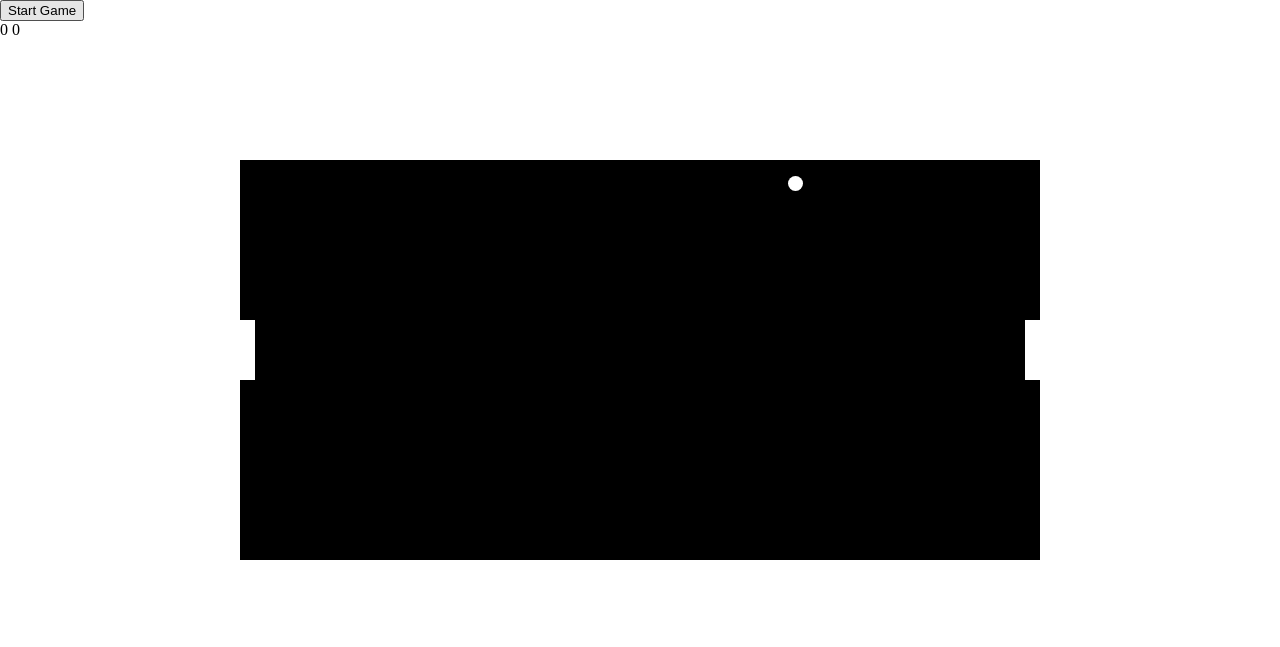
Repository: SiPilip/PingPong-basicJS
Page: index.html
These files come from the project's save history. The page is drawn as it stood at one moment and after the next save; the edit follows.
The browser window is 1280 px wide. The pictures show the whole page.

Above is the page before, as saved 2023-05-30 10:49:55.

### index.html
<!DOCTYPE html>
<html>

<head>
    <title>Ping Pong Game</title>
    <link rel="stylesheet" href="style.css">
</head>

<body>
    <div class="game-container">
        <div id="pong">
            <div id="paddleA"></div>
            <div id="paddleB"></div>
            <div id="ball"></div>
        </div>
        <button id="start-button">Start Game</button>
        <div id="scoreboard">
            <span id="playerA-score">0</span>
            <span id="playerB-score">0</span>
        </div>
    </div>
    <script src="script.js"></script>
</body>

</html>

### style.css
body {
  margin: 0;
  padding: 0;
}

#pong {
  position: absolute;
  top: 50%;
  left: 50%;
  transform: translate(-50%, -50%);
  background-color: #000;
  width: 800px;
  height: 400px;
  border: 2px solid #fff;
}

#paddleA,
#paddleB {
  position: absolute;
  width: 15px;
  height: 60px;
  background-color: #fff;
}

#paddleA {
  left: 0;
}

#paddleB {
  right: 0;
}

#ball {
  position: absolute;
  background-color: #fff;
  width: 15px;
  height: 15px;
  border-radius: 50%;
}

### script.js
document.addEventListener("DOMContentLoaded", () => {
  const pong = document.getElementById("pong");
  const paddleA = document.getElementById("paddleA");
  const paddleB = document.getElementById("paddleB");
  const ball = document.getElementById("ball");

  let paddleA_Y = 160; // Posisi awal paddle A
  let paddleB_Y = 160; // Posisi awal paddle B
  let ball_X = 390; // Posisi awal bola X
  let ball_Y = 190; // Posisi awal bola Y
  let speed_X = 2; // Kecepatan horizontal bola
  let speed_Y = 2; // Kecepatan vertikal bola

  function update() {
    // Menggerakkan paddle A dan B
    paddleA.style.top = paddleA_Y + "px";
    paddleB.style.top = paddleB_Y + "px";

    // Menggerakkan bola
    ball_X += speed_X;
    ball_Y += speed_Y;
    ball.style.left = ball_X + "px";
    ball.style.top = ball_Y + "px";

    // Mengecek tumbukan bola dengan dinding atas/bawah
    if (ball_Y > 385 || ball_Y < 0) {
      speed_Y *= -1;
    }

    // Mengecek tumbukan bola dengan paddle A
    if (
      ball_X <= 15 && // Bola berada di sebelah kiri paddle A
      ball_Y + 15 >= paddleA_Y && // Bola berada di bawah paddle A
      ball_Y <= paddleA_Y + 60 // Bola berada di atas paddle A
    ) {
      speed_X *= -1;
    }

    // Mengecek tumbukan bola dengan paddle B
    if (
      ball_X >= 770 && // Bola berada di sebelah kanan paddle B
      ball_Y + 15 >= paddleB_Y && // Bola berada di bawah paddle B
      ball_Y <= paddleB_Y + 60 // Bola berada di atas paddle B
    ) {
      speed_X *= -1;
    }

    requestAnimationFrame(update);
  }

  // Menggerakkan paddle A sesuai dengan posisi mouse
  pong.addEventListener("mousemove", (e) => {
    paddleA_Y = e.clientY - pong.offsetTop - 30;
  });

  // Memulai permainan
  update();
});

After the next save:
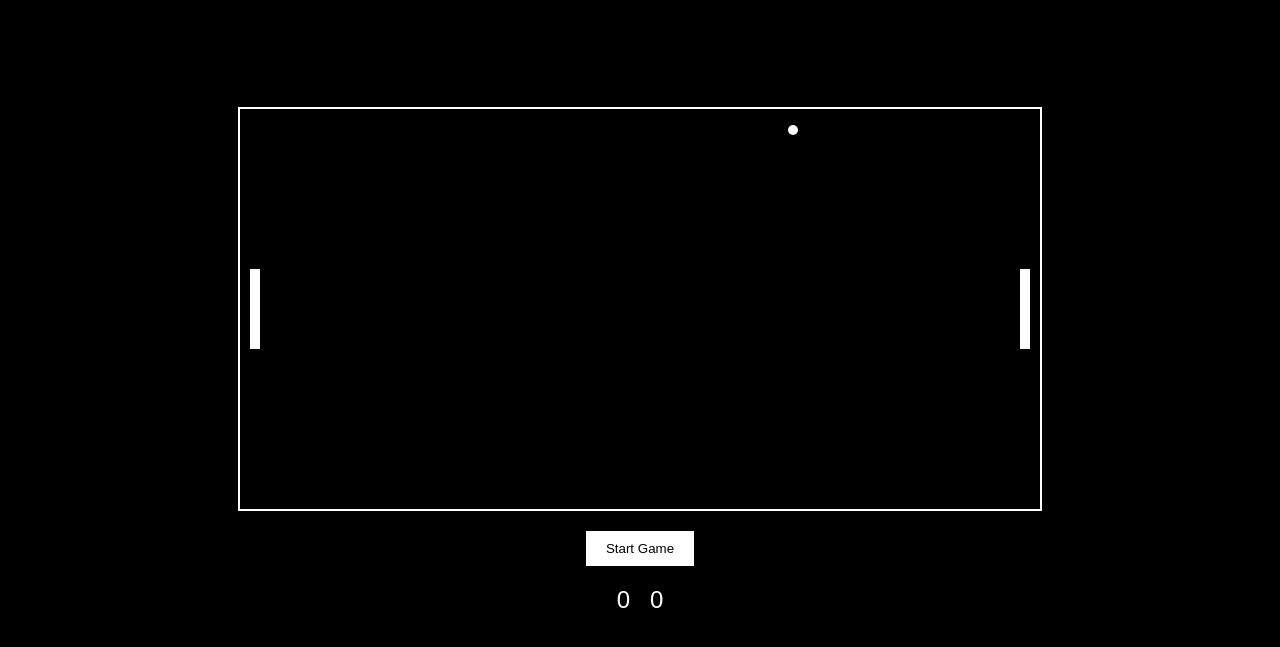
Saved 9 s later.
--- a/style.css
+++ b/style.css
@@ -1,39 +1,72 @@
 body {
+  background-color: #000;
+  color: #fff;
+  font-family: Arial, sans-serif;
   margin: 0;
   padding: 0;
+  display: flex;
+  justify-content: center;
+  align-items: center;
+  height: 100vh;
+}
+
+.game-container {
+  display: flex;
+  flex-direction: column;
+  align-items: center;
 }
 
 #pong {
-  position: absolute;
-  top: 50%;
-  left: 50%;
-  transform: translate(-50%, -50%);
+  position: relative;
   background-color: #000;
   width: 800px;
   height: 400px;
   border: 2px solid #fff;
+  display: flex;
+  justify-content: center;
+  align-items: center;
 }
 
 #paddleA,
 #paddleB {
   position: absolute;
-  width: 15px;
-  height: 60px;
+  width: 10px;
+  height: 80px;
   background-color: #fff;
 }
 
 #paddleA {
-  left: 0;
+  left: 10px;
 }
 
 #paddleB {
-  right: 0;
+  right: 10px;
 }
 
 #ball {
   position: absolute;
   background-color: #fff;
-  width: 15px;
-  height: 15px;
+  width: 10px;
+  height: 10px;
   border-radius: 50%;
 }
+
+#start-button {
+  background-color: #fff;
+  color: #000;
+  border: none;
+  padding: 10px 20px;
+  margin-top: 20px;
+  cursor: pointer;
+}
+
+#scoreboard {
+  display: flex;
+  justify-content: center;
+  margin-top: 20px;
+}
+
+#scoreboard span {
+  margin: 0 10px;
+  font-size: 24px;
+}
